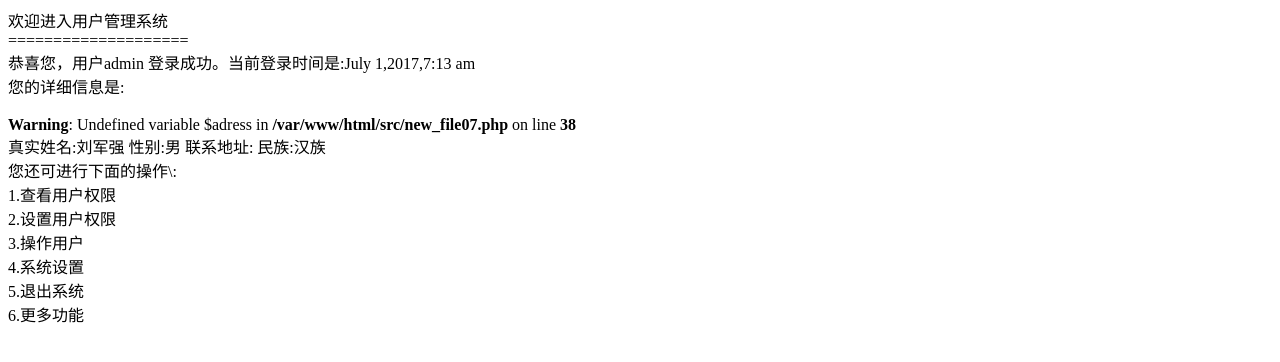
Repository: ljcan/PHP_Scripts
Page: http://localhost/src/new_file07.php
The author's editor kept a copy of each file at every save. The page is drawn from the files as they stood at one save, then again after the next save.
The browser window is 1280 px wide. The pictures show the whole page.
The page is run by PHP 8.4 with error messages shown; the project is at /var/www/html/.

Above is the page before, as saved 2017-07-03 16:25:54.

### myjavascript_file/myphp/src/new_file07.php
<!DOCTYPE html PUBLIC "-//W3C//DTD HTML 4.01//EN"
"http://www.w3.org/TR/html4/strict.dtd">

<html xmlns="http://www.w3.org/1999/xhtml" lang="en">
    <head>
        <meta http-equiv="Content-Type" content="text/html; charset=utf-8" />
        <title>模拟实现用户系统登录功能</title>
        <meta name="author" content="Shinelon" />
        <!-- Date: 2017-07-03 -->
    </head>
    <body>
	<?php
	function checkLogin($name,$pass){
		if($name=="admin"&&$pass=="123456"){
			return true;
		}else{
			return  false;
		}
	}
	function getInfo(){
		$user=array();
		$user[]="刘军强";
		$user[]="男";
		$user[]="甘肃省天水市张家川县龙山镇官泉村";
		$user[]="汉族";
		return $user;
	}
	function lastoper($name,$pass){
		checkLogin($name, $pass);
		list($realname,$gender,$address,$nation)=getInfo();
		$result=checkLogin($name, $pass);
		if($result){
		echo '欢迎进入用户管理系统','</br>';
		echo '====================','</br>';
		echo "恭喜您，用户$name 登录成功。当前登录时间是:".date("F j,Y,g:i a");
		echo"</br>";
		echo '您的详细信息是:','</br>';
		echo "真实姓名:$realname \t性别:$gender \t联系地址:$adress\t民族:$nation";
		echo"</br>";
		echo '您还可进行下面的操作\:','</br>','1.查看用户权限','</br>','2.设置用户权限','</br>','3.操作用户','</br>','4.系统设置','</br>','5.退出系统','</br>','6.更多功能';
		}else{
			echo "很抱歉，用户名或密码登录失败。请重新修改您的用户名和密码进行登录";
		}
	}
	lastoper("admin", "123456");
	?>
    </body>
</html>

After the next save:
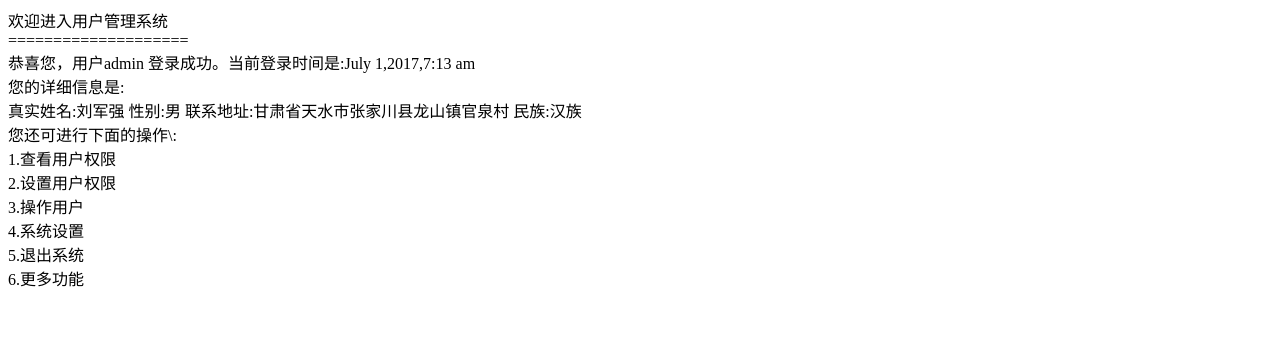
Saved 48 s later.
--- a/myjavascript_file/myphp/src/new_file07.php
+++ b/myjavascript_file/myphp/src/new_file07.php
@@ -35,7 +35,7 @@
 		echo "恭喜您，用户$name 登录成功。当前登录时间是:".date("F j,Y,g:i a");
 		echo"</br>";
 		echo '您的详细信息是:','</br>';
-		echo "真实姓名:$realname \t性别:$gender \t联系地址:$adress\t民族:$nation";
+		echo "真实姓名:$realname \t性别:$gender \t联系地址:$address\t民族:$nation";
 		echo"</br>";
 		echo '您还可进行下面的操作\:','</br>','1.查看用户权限','</br>','2.设置用户权限','</br>','3.操作用户','</br>','4.系统设置','</br>','5.退出系统','</br>','6.更多功能';
 		}else{
